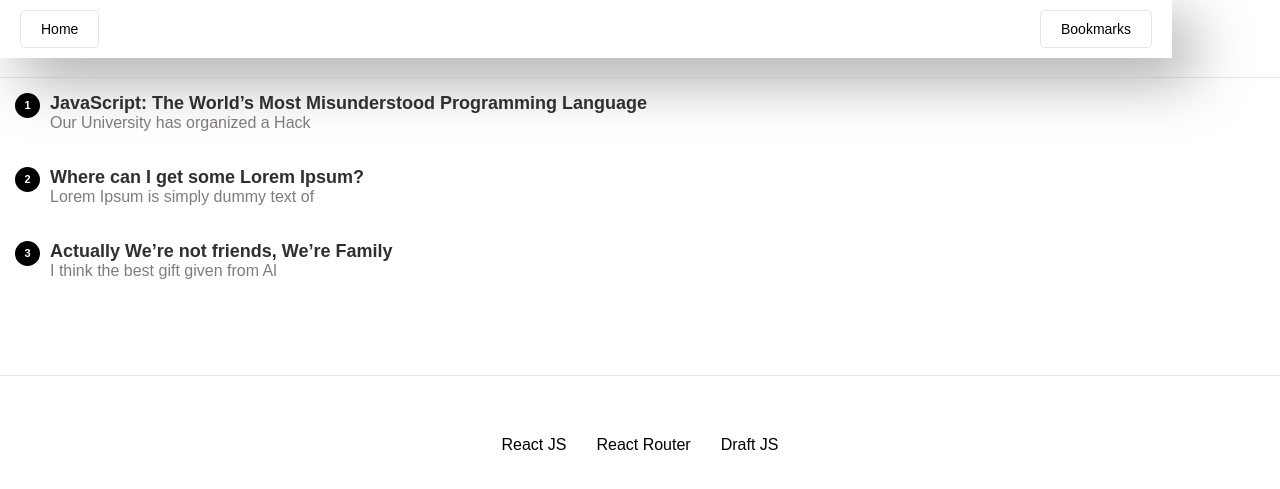
Repository: DevLaukey/task
Page: /react-mini-blog/bookmark
An editor plug-in stored every save of this project. The page is shown before and after the next save, followed by the edit.
The browser window is 1280 px wide. The pictures show the whole page.
The project was rebuilt for these pictures with package versions that can differ from the ones it lists, and the page was loaded fresh each time. Also part of the build but not shown: src/data.js, src/Components/content/Post.js, src/Components/content/Posts.js, src/Components/content/Content.js, src/Components/RichText/StyleButton.js, src/Components/RichText/BlockStyleControls.js, src/Components/RichText/InlineStyleControls.js, src/Components/posts/posts.css and 3 more.

Above is the page before, as saved 2022-06-13 13:47:13.

After the next save:
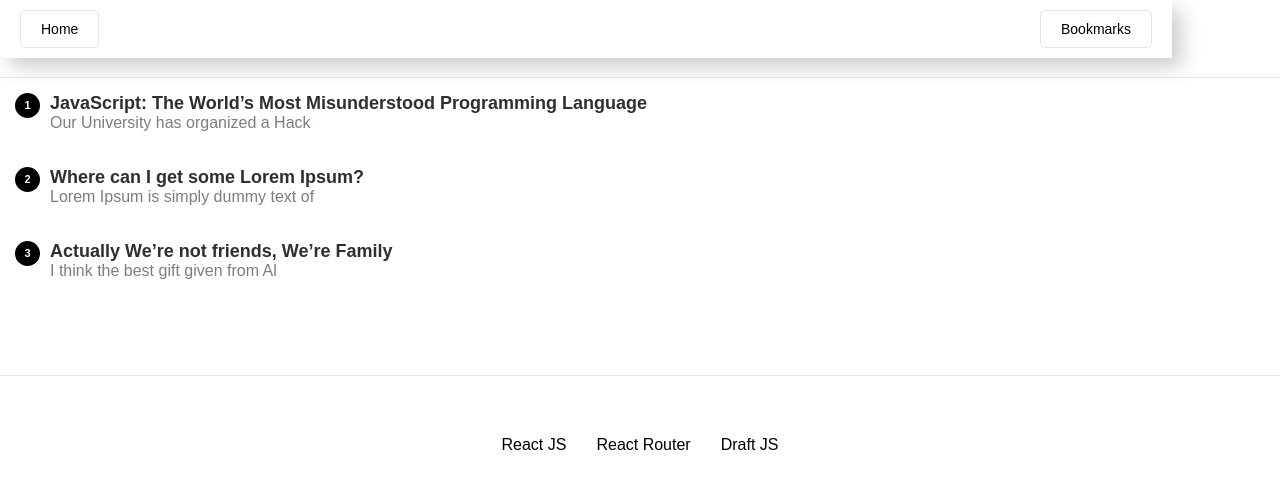
Saved 37 s later.
--- a/src/Components/header/header.css
+++ b/src/Components/header/header.css
@@ -2,7 +2,7 @@ header {
   background-color: white;
   position: fixed;
   top: 0;
-  box-shadow: 20px 20px 60px #a4a4a4, -20px -20px 10px #ffffff;
+  box-shadow: 10px 10px 19px #d0d0d0, -10px -10px 19px #f0f0f0;
 }
 .navbar {
   display: flex;
